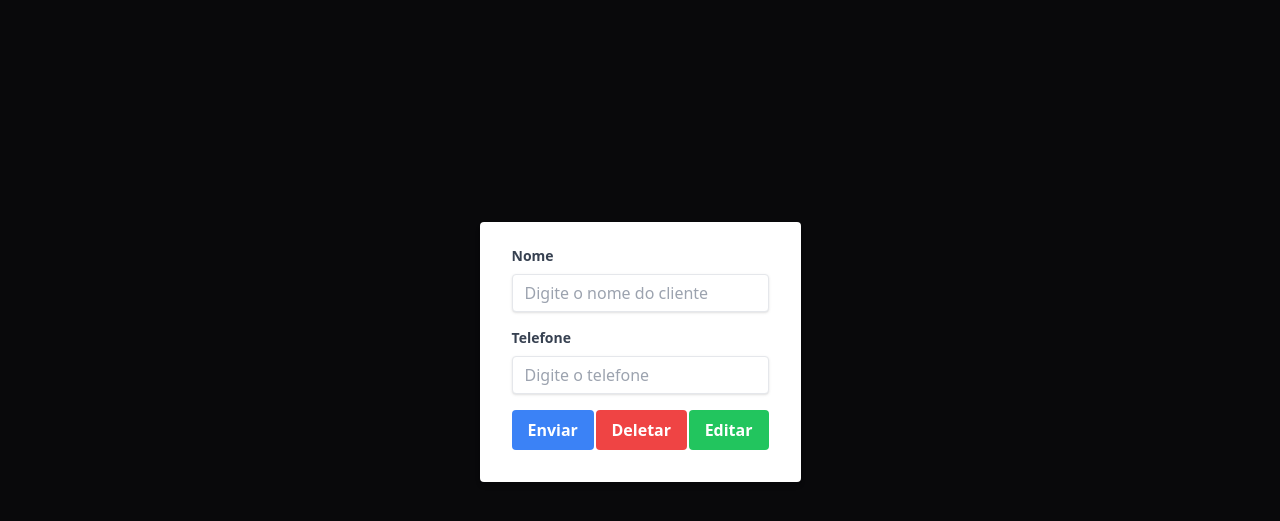
Repository: Gstxxx/sales-manager-laravel
Page: http://localhost/
These files come from the project's save history. The page is drawn as it stood at one moment and after a run of saves; the edit follows.
The browser window is 1280 px wide. The pictures show the whole page.
The page is served by the project's Laravel application, run on PHP 8.4 with Laravel 12. Style sheets and scripts are compiled from the project's sources, by tool versions that may differ from the author's.

Above is the page before, as saved 2024-06-09 03:15:45.

After the next 2 saves:
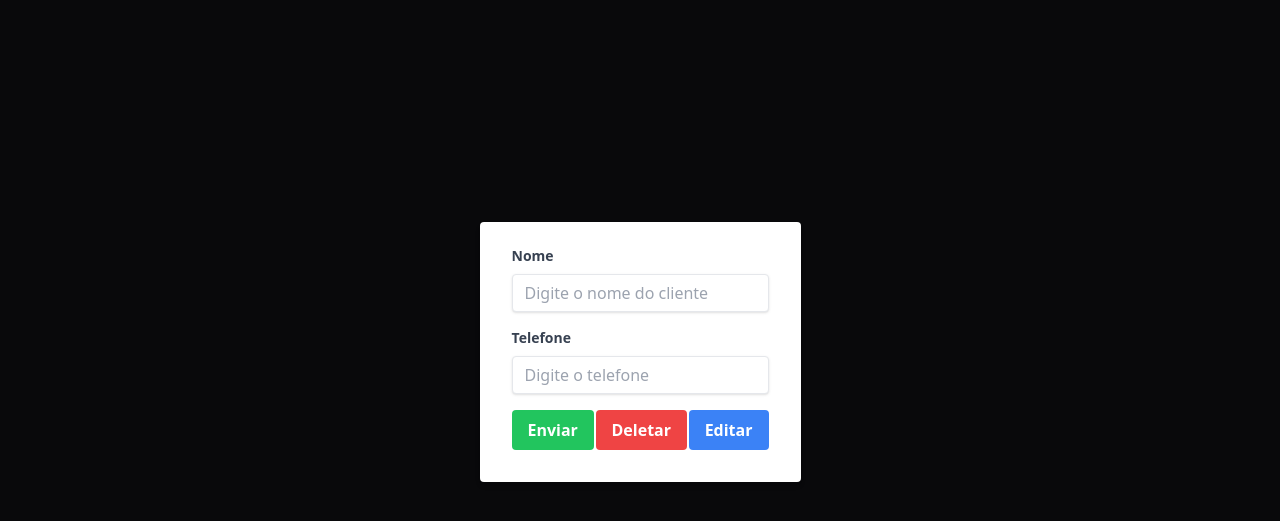
The 2 saves are shown as one change because they came seconds apart.
The last was saved 11 s later.
--- a/resources/views/home.blade.php
+++ b/resources/views/home.blade.php
@@ -33,7 +33,7 @@
 
             <div class="flex items-center justify-between">
                 <button
-                    class="bg-blue-500 hover:bg-blue-700 text-white font-bold py-2 px-4 rounded focus:outline-none focus:shadow-outline"
+                    class="bg-green-500 hover:bg-green-700 text-white font-bold py-2 px-4 rounded focus:outline-none focus:shadow-outline"
                     type="submit">
                     Enviar
                 </button>
@@ -43,7 +43,7 @@
                     Deletar
                 </button>
                 <button
-                    class="bg-green-500 hover:bg-red-700 text-white font-bold py-2 px-4 rounded focus:outline-none focus:shadow-outline"
+                    class="bg-blue-500 hover:bg-blue-700 text-white font-bold py-2 px-4 rounded focus:outline-none focus:shadow-outline"
                     type="submit" formaction="/editClient">
                     Editar
                 </button>
